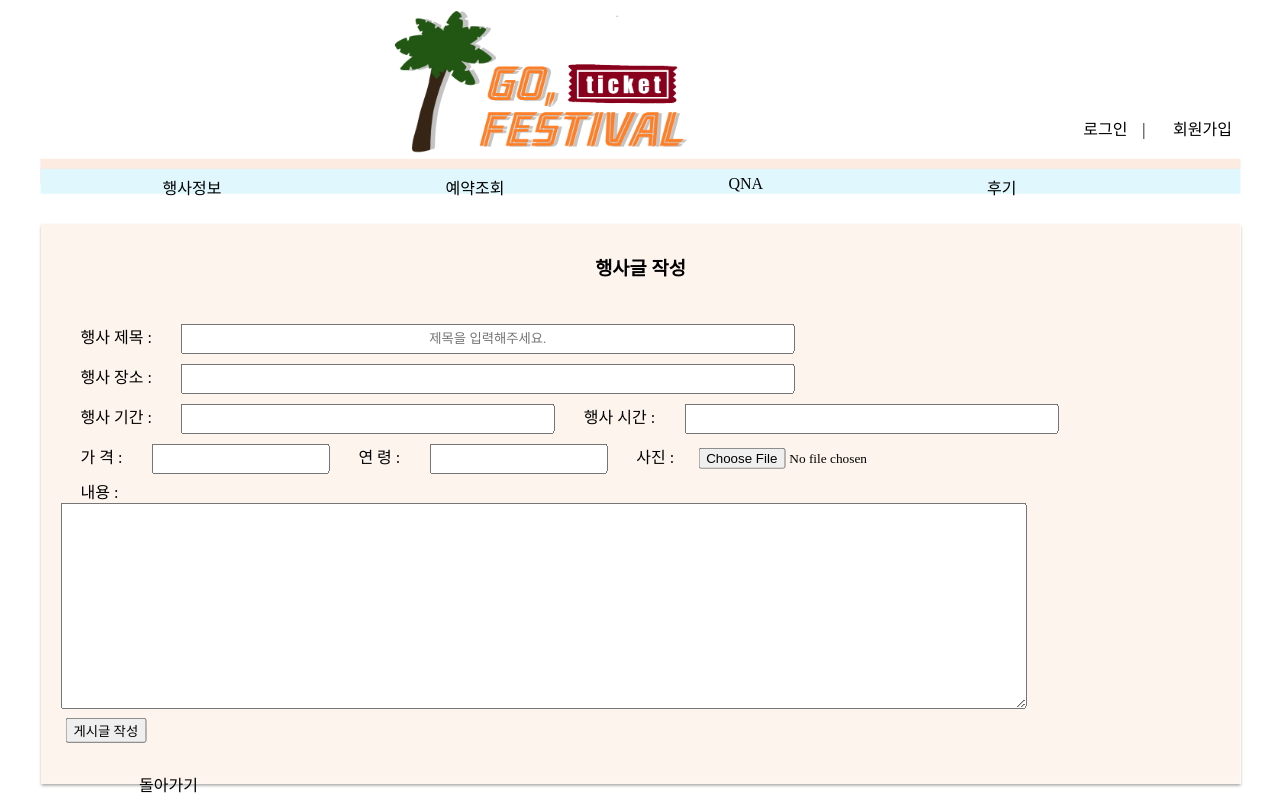
Repository: Changgyu1/Chang_Gu
Page: http://localhost/Project/Event_add.jsp
An editor plug-in stored every save of this project. The page is shown before and after the next save, followed by the edit.
The browser window is 1280 px wide. The pictures show the whole page.
Some web fonts or font styles are not loaded; a fallback is used. The page is served by Tomcat 9.

Above is the page before, as saved 2023-11-14 05:16:33.

After the next save:
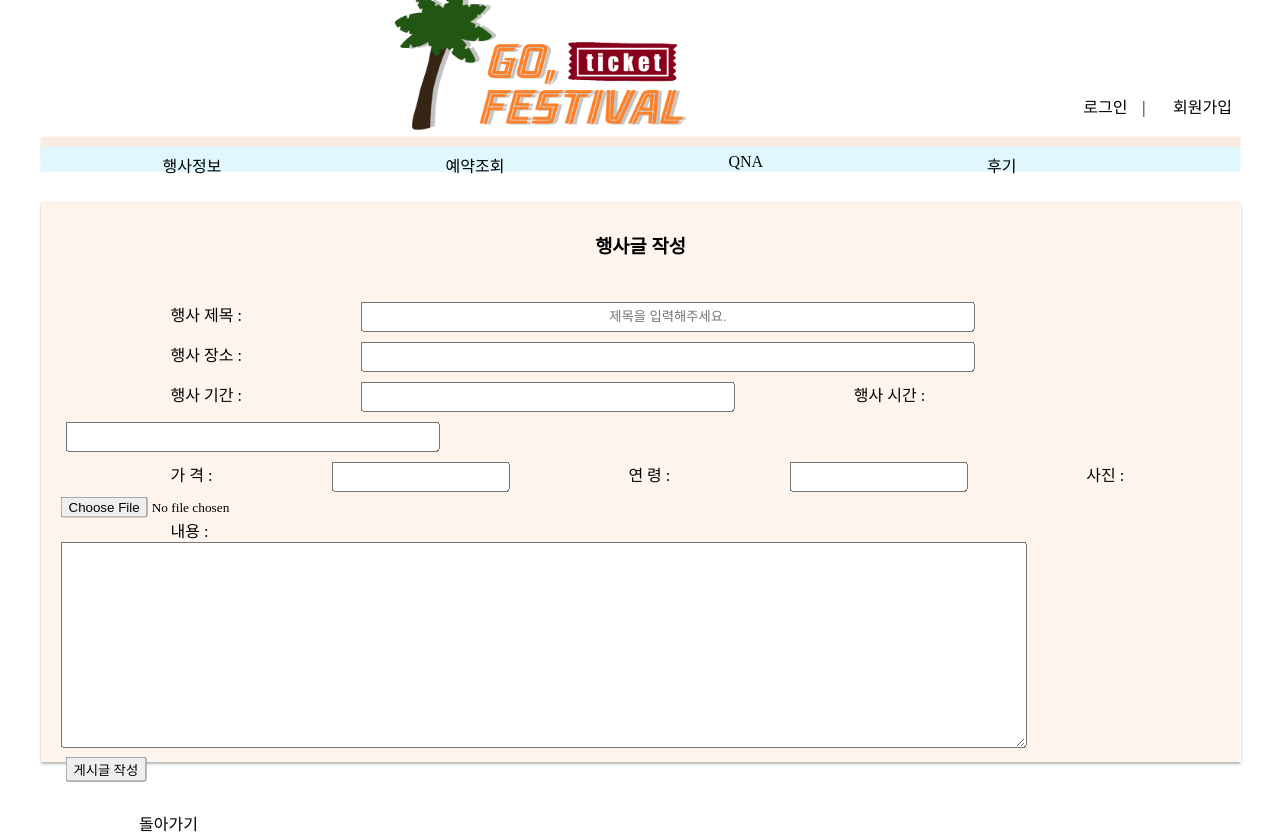
Saved 5 s later.
--- a/Project/src/main/webapp/Event_add.jsp
+++ b/Project/src/main/webapp/Event_add.jsp
@@ -36,7 +36,7 @@
         }
         label{
         margin: 10px;
-        padding: 10px;
+        padding: 100px;
         }
 </style>
 </head>

After the save that followed:
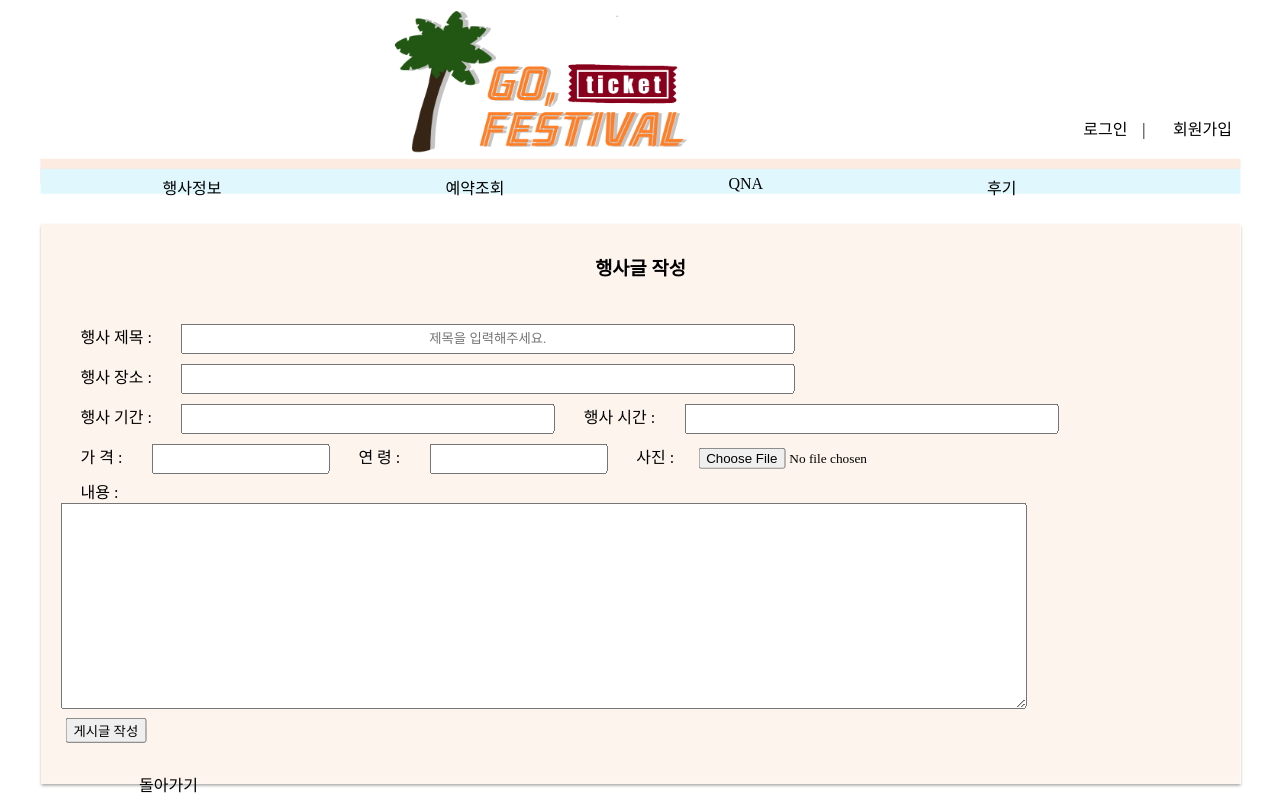
Saved 5 s later.
--- a/Project/src/main/webapp/Event_add.jsp
+++ b/Project/src/main/webapp/Event_add.jsp
@@ -36,7 +36,7 @@
         }
         label{
         margin: 10px;
-        padding: 100px;
+        padding: 10px;
         }
 </style>
 </head>
